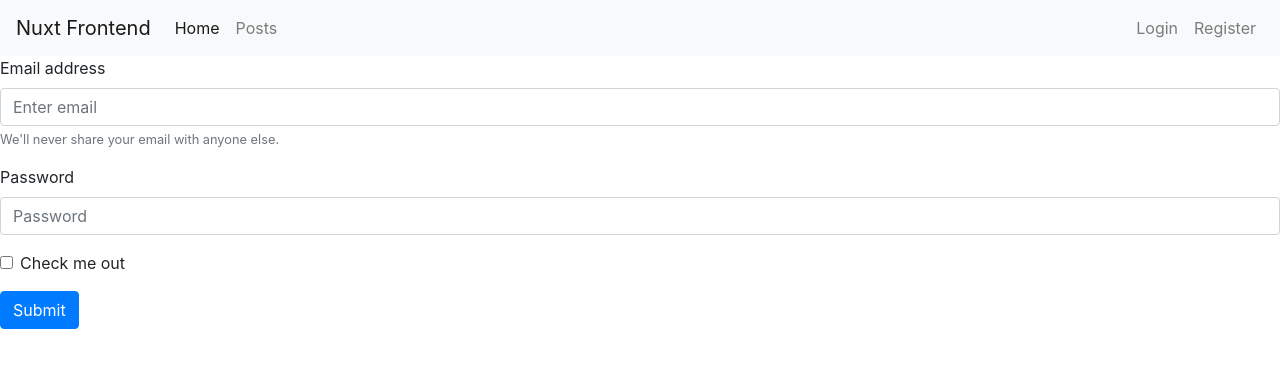
Repository: kazu62/lara-nuxt-front
Page: /login
These files come from the project's save history. The page is drawn as it stood at one moment and after the next save; the edit follows.
The browser window is 1280 px wide. The pictures show the whole page.
The project was rebuilt for these pictures with package versions that can differ from the ones it lists, and the page was loaded fresh each time. The framework's server and built-in components were replaced by stand-ins that run in the browser. Also part of the build but not shown: nuxt.config.js.

Above is the page before, as saved 2018-11-26 23:16:32.

### layouts/default.vue
<template>
  <div>
    <Nav/>
    <nuxt/>
  </div>
</template>
<script>
import Nav from "@/components/Navbar"
  export default {
    components:{
      Nav
    }
  }
</script>

### pages/login.vue
<template>
  <form>
    <div class="form-group">
      <label>Email address</label>
      <input type="email" class="form-control" placeholder="Enter email">
      <small class="form-text text-muted">We'll never share your email with anyone else.</small>
    </div>
    <div class="form-group">
      <label>Password</label>
      <input type="password" class="form-control" placeholder="Password">
    </div>
    <div class="form-group form-check">
      <input type="checkbox" class="form-check-input" id="exampleCheck1">
      <label class="form-check-label" for="exampleCheck1">Check me out</label>
    </div>
    <button type="submit" class="btn btn-primary">Submit</button>
  </form>
</template>

### components/Navbar.vue
<template>
  <nav class="navbar navbar-expand-lg navbar-light bg-light">
    <nuxt-link class="navbar-brand" to="/">Nuxt Frontend</nuxt-link>
    <button class="navbar-toggler" type="button" data-toggle="collapse" data-target="#navbarNav" aria-controls="navbarNav" aria-expanded="false" aria-label="Toggle navigation">
      <span class="navbar-toggler-icon"></span>
    </button>
    <div class="collapse navbar-collapse" id="navbarNav">
      <ul class="navbar-nav">
        <li class="nav-item active">
          <nuxt-link class="nav-link" to="/">Home</nuxt-link>
        </li>
        <li class="nav-item">
          <nuxt-link class="nav-link" to="/">Posts</nuxt-link>
        </li>
      </ul>
      <ul class='navbar-nav ml-auto'>
        <li class="nav-item">
          <nuxt-link class="nav-link" to="/login">Login</nuxt-link>
        </li>
        <li class="nav-item">
          <nuxt-link class="nav-link" to="/register">Register</nuxt-link>
        </li>
      </ul>
    </div>
  </nav>
</template>
  <script>
  export default {

  }
  </script>

After the next save:
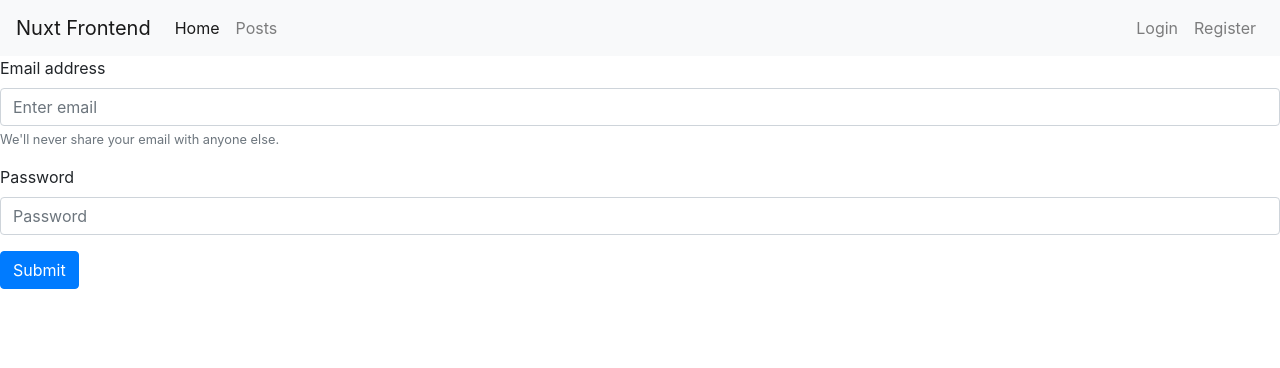
Saved 12 s later.
--- a/pages/login.vue
+++ b/pages/login.vue
@@ -9,10 +9,7 @@
       <label>Password</label>
       <input type="password" class="form-control" placeholder="Password">
     </div>
-    <div class="form-group form-check">
-      <input type="checkbox" class="form-check-input" id="exampleCheck1">
-      <label class="form-check-label" for="exampleCheck1">Check me out</label>
-    </div>
+
     <button type="submit" class="btn btn-primary">Submit</button>
   </form>
 </template>
